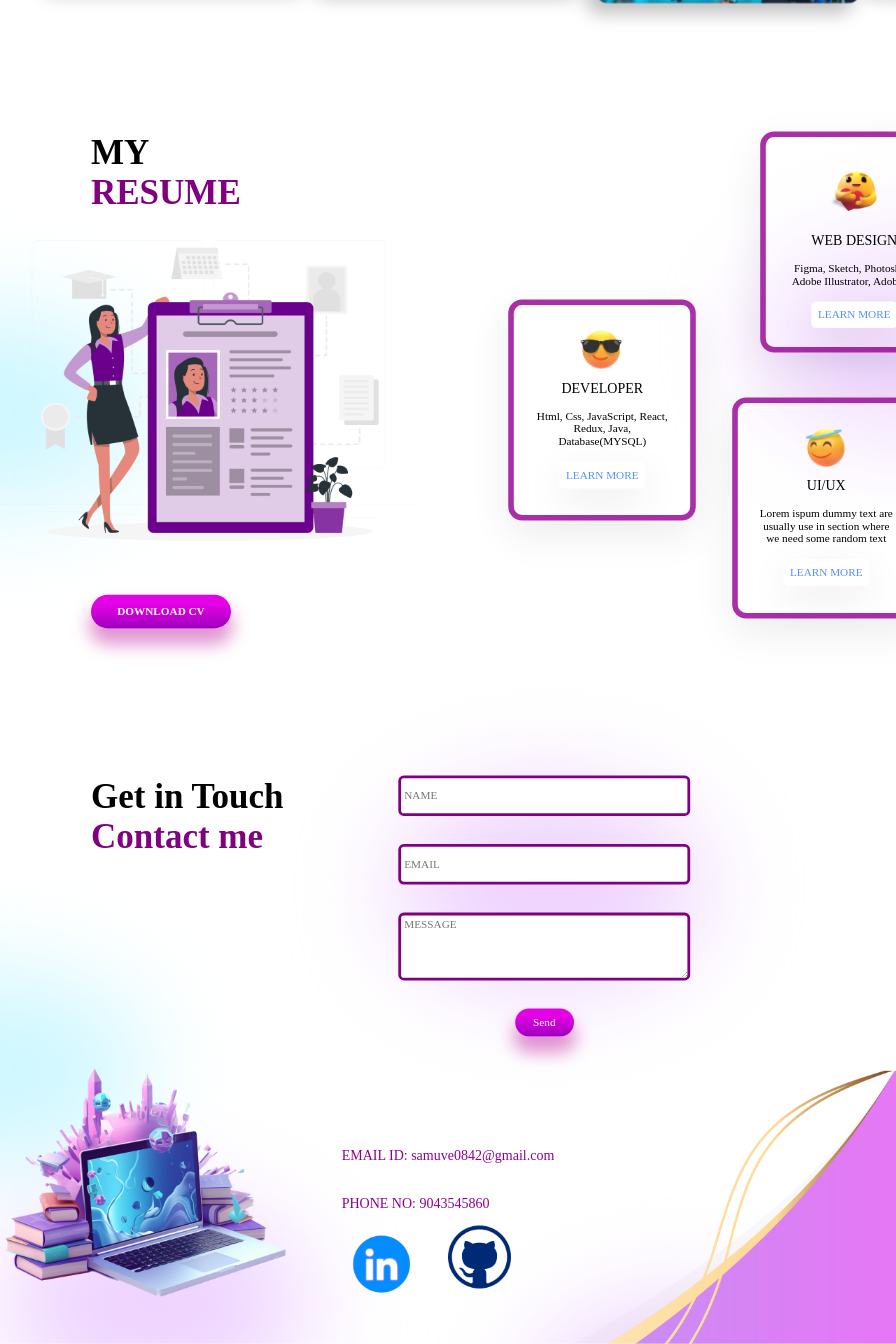
Repository: glorysandy/Protfolio
Page: /
The author's editor kept a copy of each file at every save. The page is drawn from the files as they stood at one save, then again after a run of saves.
The browser window is 1280 px wide. The pictures show the part of the page from y = 3224 to 5144 px (the page is 5144 px tall), at 70% of full size.
Some web fonts or font styles are not loaded; a fallback is used. The project was rebuilt for these pictures with package versions that can differ from the ones it lists, and the page was loaded fresh each time. Imported but missing from the stored project, and not drawn on this page: src/components/Services/SANDHIYA.P (RESUME).pdf.

Above is the page before, as saved 2024-10-16 23:56:26.

After the next 2 saves:
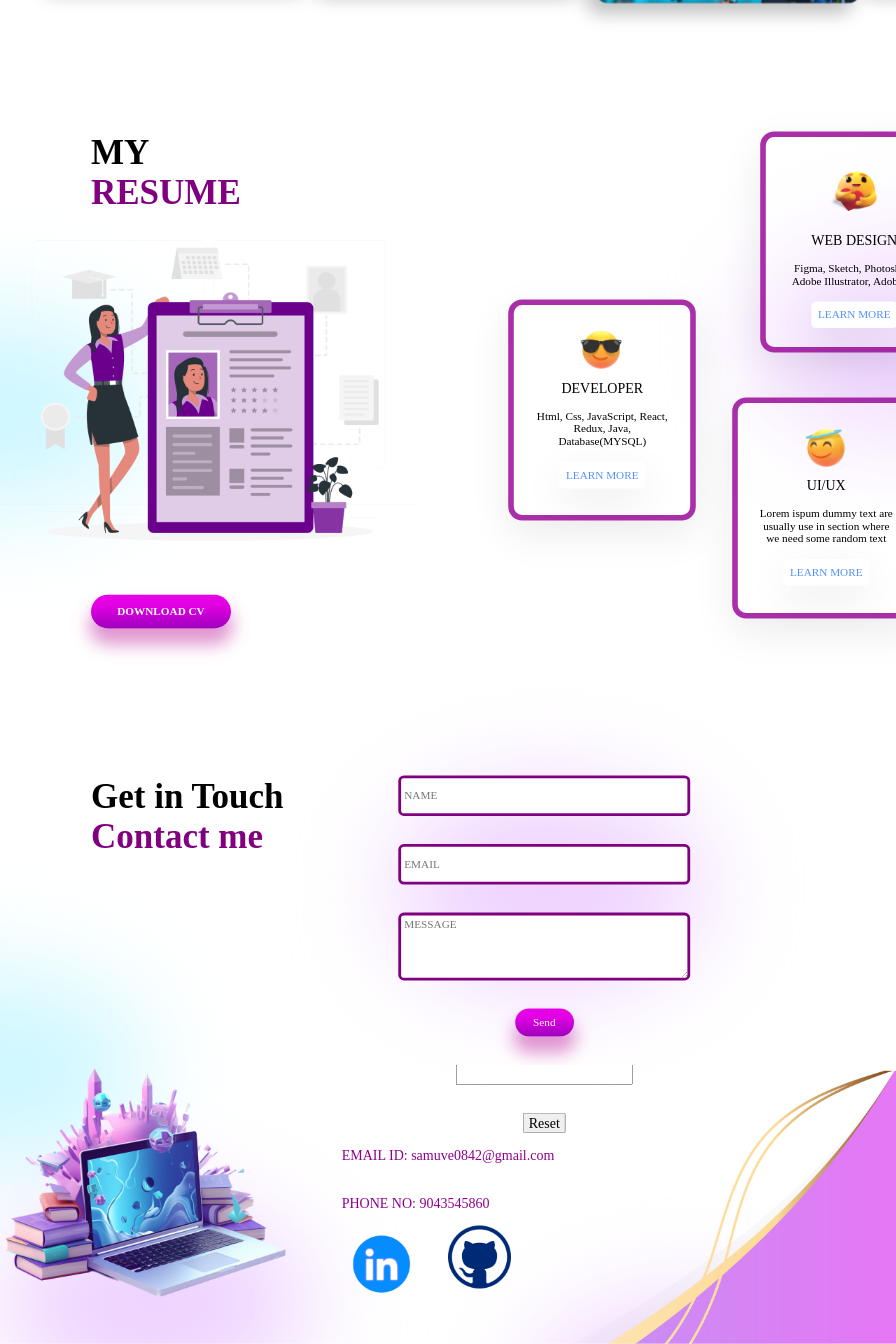
The 2 saves are shown as one change because they came seconds apart.
The last was saved 45 s later.
--- a/src/components/Contact/Contact.jsx
+++ b/src/components/Contact/Contact.jsx
@@ -58,6 +58,8 @@ const Contact = () => {
           <input type="email" name="user_email" className="user" placeholder="EMAIL"/>
           <textarea name="message" className="user" placeholder="MESSAGE"/>
           <input type="submit" value="Send" className="button"/>
+          <input type="text" name="myInput" />
+      <button type="button" onClick={handleReset}>Reset</button>
           <span >{done && "Thanks for Contacting me!"}</span>
           <div
             className="blur c-blur1"
